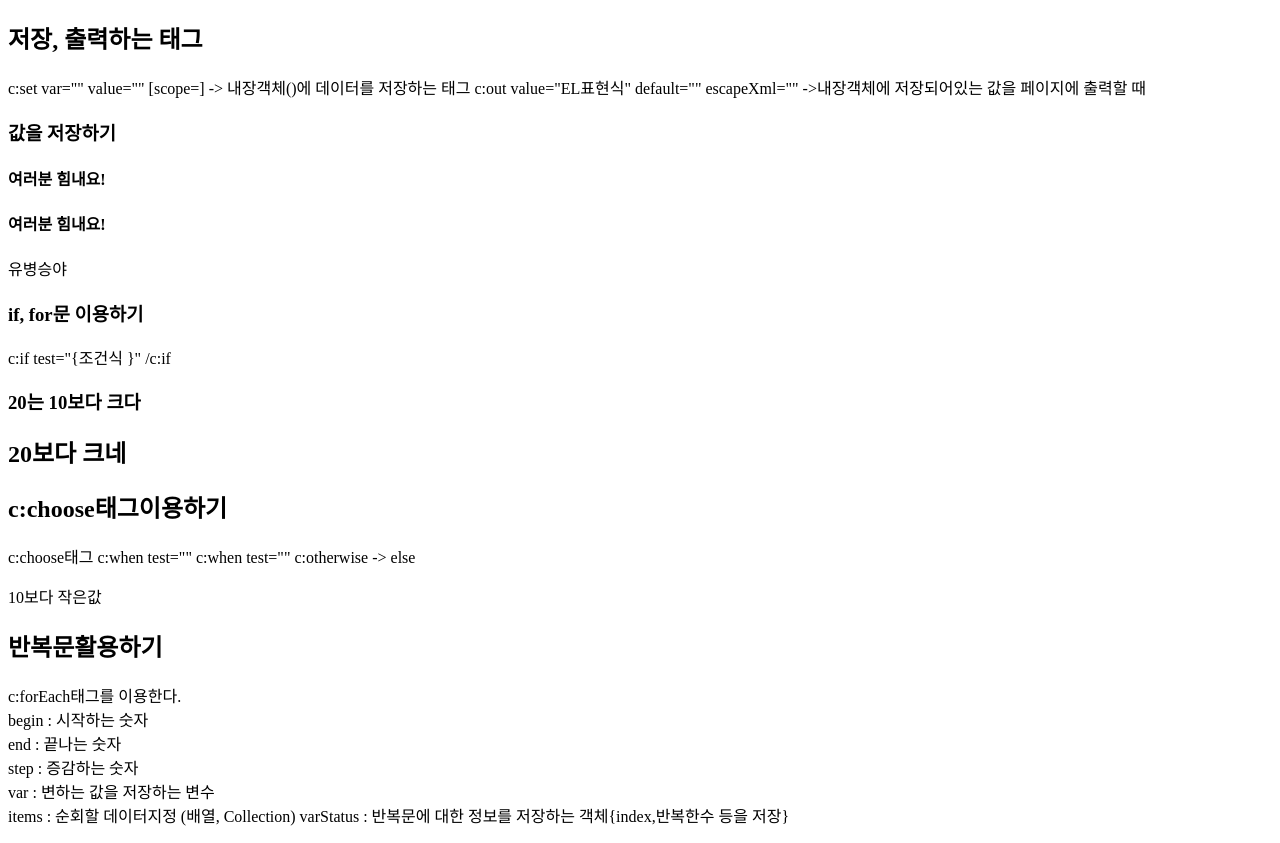
Repository: simjiho/week
Page: http://localhost/el_jstl/views/jstl/02_controltag.jsp
An editor plug-in stored every save of this project. The page is shown before and after the next save, followed by the edit.
The browser window is 1280 px wide. The pictures show the whole page.
The page is served by Tomcat 9.

Above is the page before, as saved 2024-04-20 06:44:51.

After the next save:
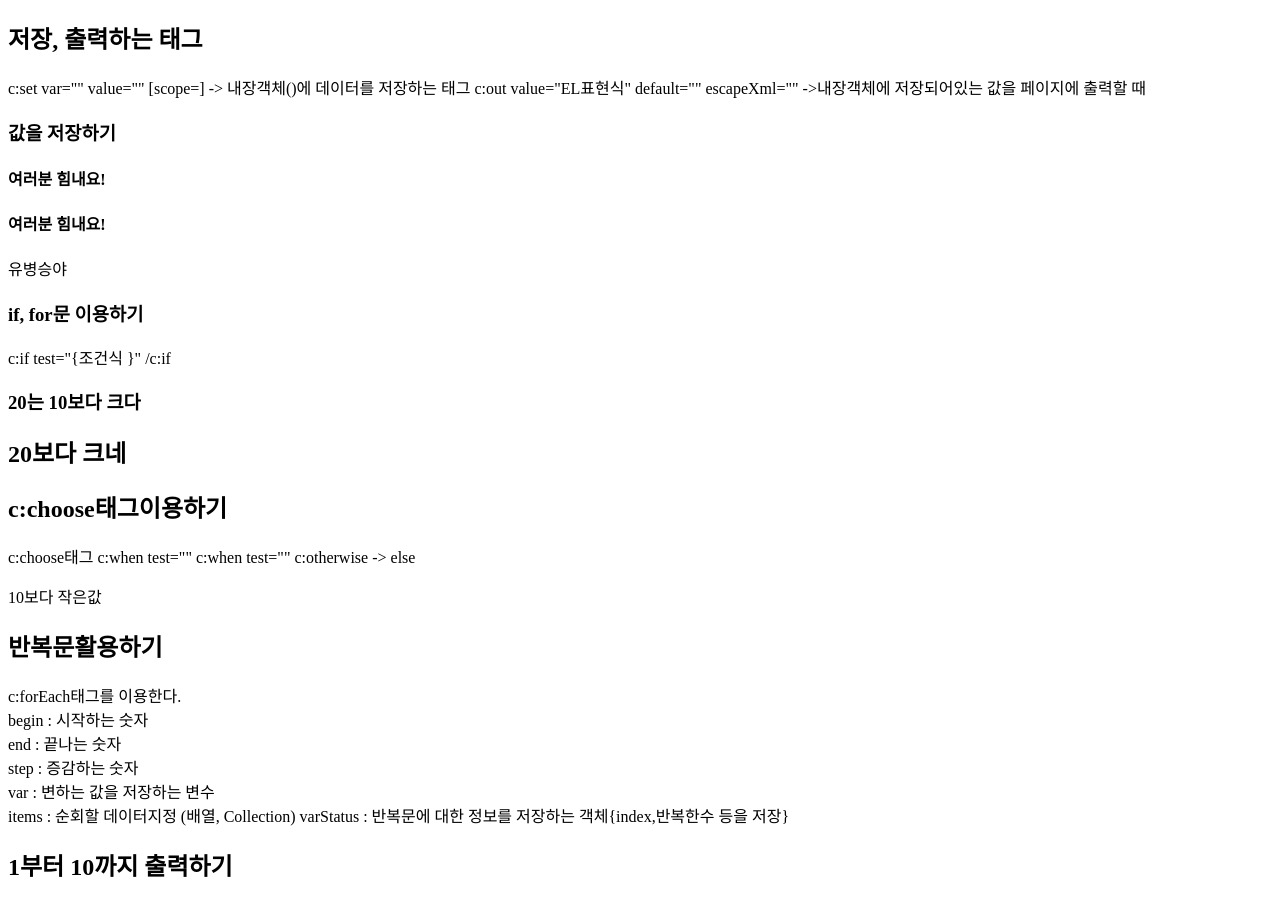
Saved 20 s later.
--- a/workspace/el_jstl/src/main/webapp/views/jstl/02_controltag.jsp
+++ b/workspace/el_jstl/src/main/webapp/views/jstl/02_controltag.jsp
@@ -78,6 +78,7 @@
 		items : 순회할 데이터지정 (배열, Collection)
 		varStatus : 반복문에 대한 정보를 저장하는 객체{index,반복한수 등을 저장} <br>
 	</p>
+	<h2>1부터 10까지 출력하기</h2>
 
 </body>
 </html>
